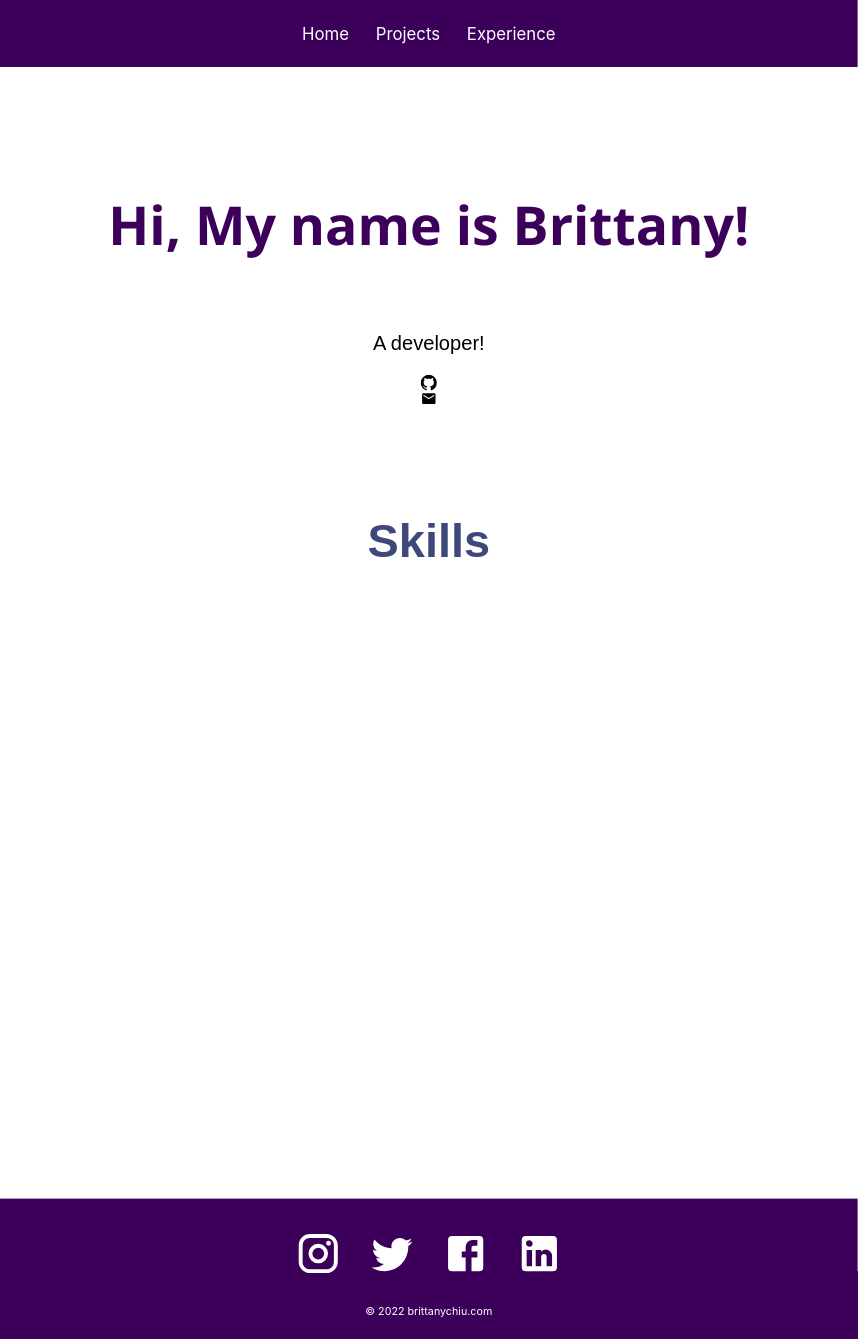
Repository: chiubacca94/chiufolio
Page: /
An editor plug-in stored every save of this project. The page is shown before and after the next save, followed by the edit.
The browser window is 1280 px wide. The pictures show the whole page, at 67% of full size.
The project was rebuilt for these pictures with package versions that can differ from the ones it lists, and the page was loaded fresh each time. Also part of the build but not shown: src/components/Projects/Projects.js, src/components/Experiences/Experiences.js.

Above is the page before, as saved 2022-07-04 04:26:06.

After the next save:
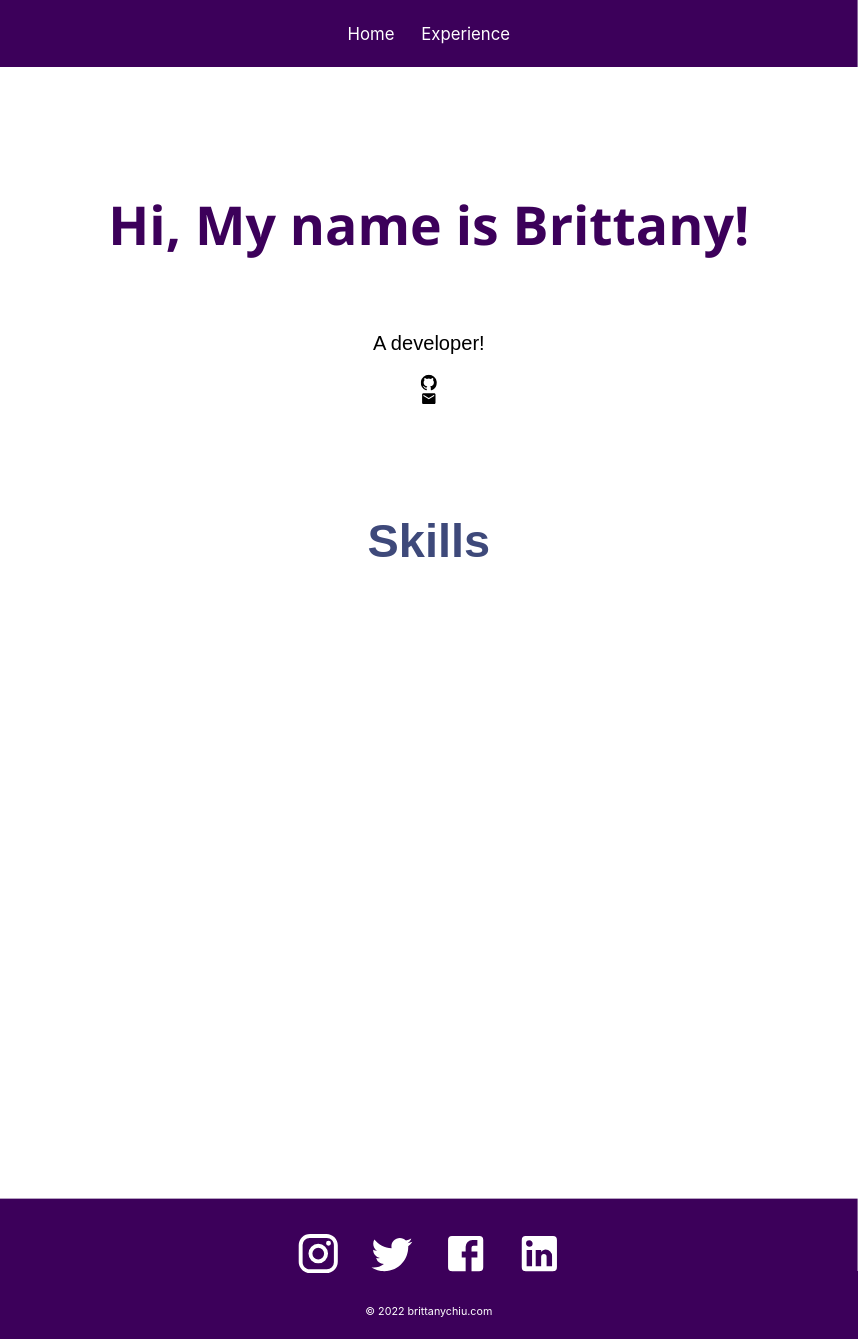
Saved 2 min 7 s later.
--- a/src/components/NavBar/Navbar.js
+++ b/src/components/NavBar/Navbar.js
@@ -23,7 +23,7 @@ function Navbar() {
             </div>
             <div className="links">
                 <Link to="/"> Home </Link>
-                <Link to="/projects"> Projects </Link>
+                {/* <Link to="/projects"> Projects </Link>  */}
                 <Link to="/experience"> Experience </Link>
             </div>
         </div>
